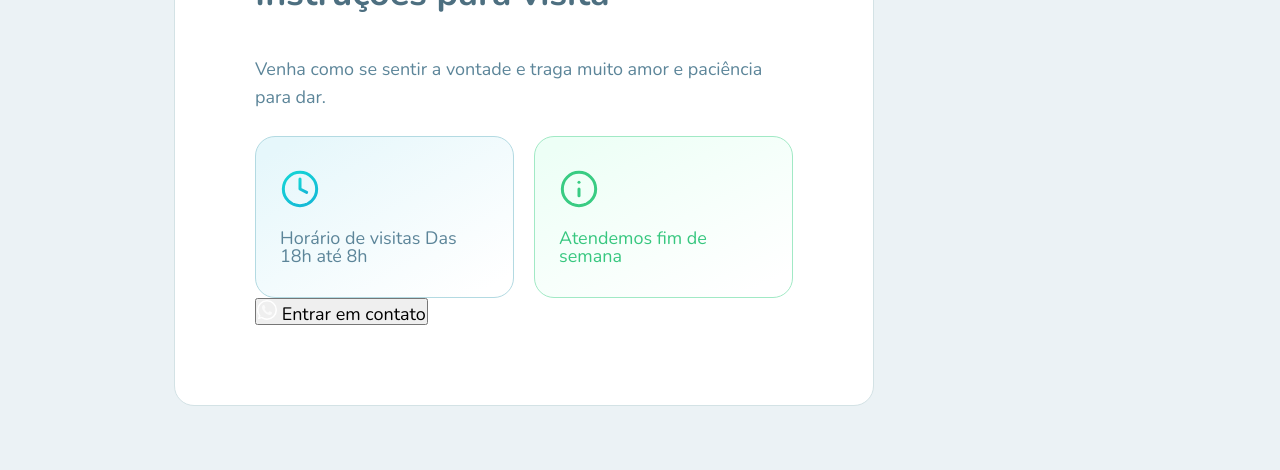
Repository: TeoNogueira/nlw3-rocketseatproject
Page: orphanage.html
These files come from the project's save history. The page is drawn as it stood at one moment and after the next save; the edit follows.
The browser window is 1280 px wide. The pictures show the part of the page from y = 1322 to 1893 px (the page is 1792 px tall before and 1893 px after).
Some web libraries are served in a nearby version.

Above is the page before, as saved 2020-10-14 14:07:41.

### orphanage.html
<!DOCTYPE html>
<html lang="en">

<head>
  <meta charset="UTF-8" />
  <meta name="viewport" content="width=device-width, initial-scale=1.0" />
  <title>Localize um Orfanato | Happy</title>

  <link rel="stylesheet" href="https://unpkg.com/leaflet@1.7.1/dist/leaflet.css"
  integrity="sha512-xodZBNTC5n17Xt2atTPuE1HxjVMSvLVW9ocqUKLsCC5CXdbqCmblAshOMAS6/keqq/sMZMZ19scR4PsZChSR7A=="
  crossorigin=""/>

  <!-- Make sure you put this AFTER Leaflet's CSS -->
 <script src="https://unpkg.com/leaflet@1.7.1/dist/leaflet.js"
   integrity="sha512-XQoYMqMTK8LvdxXYG3nZ448hOEQiglfqkJs1NOQV44cWnUrBc8PkAOcXy20w0vlaXaVUearIOBhiXZ5V3ynxwA=="
   crossorigin=""></script>


  <link rel="icon" href="/images/logo-icon.png" />
  <link rel="stylesheet" href="/css/main.css" />
  <link rel="stylesheet" href="/css/animations.css" />
  <link rel="stylesheet" href="/css/sidebar.css" />
  <link rel="stylesheet" href="/css/map.css" />
  <link rel="stylesheet" href="/css/page-orphanage.css" />
  <link href="https://fonts.googleapis.com/css2?family=Nunito:wght@400;600;700;800&display=swap" rel="stylesheet">

</head>

<body id="body">
  <div id="page-orphanage" class=""> <!--ORPHANAGE COMEÇO-->
    <aside class="animate-right sidebar">
      <img src="/images/map-marker.svg" alt="Happy" class="">


      <footer>

        <button onclick="history.back()">

          <img src="/images/arrow-back.svg" alt="Voltar" class="">
        </button>
      </footer>

    </aside>

    <main class="animate-appear with-sidebar">


      <div class="orphanage-details">

        <img src="/images/home.jpg" alt="Lar das Meninas" class="">

        <div class="images">

      <button onclick="selectImage(event)" type="button">

        <img src="https://source.unsplash.com/random?id=1" alt="Lar das Meninas" class="">

      </button>

      <button onclick="selectImage(event)" type="button">

        <img src="https://source.unsplash.com/random?id=2" alt="Lar das Meninas" class="">

      </button>

      <button onclick="selectImage(event)" type="button">

        <img src="https://source.unsplash.com/random?id=3" alt="Lar das Meninas" class="">

      </button>

      <button onclick="selectImage(event)" type="button">

        <img src="https://source.unsplash.com/random?id=4" alt="Lar das Meninas" class="">

      </button>

      <button onclick="selectImage(event)" type="button">

        <img src="https://source.unsplash.com/random?id=5" alt="Lar das Meninas" class="">

      </button>

      <button onclick="selectImage(event)" type="button">

        <img src="https://source.unsplash.com/random?id=6" alt="Lar das Meninas" class="">

      </button>

        </div><!-- Fim de images-->

        <div class="orphanage-details-content">

          <h1 class="">Lar das meninas</h1>

          <p class="">Presta assistência a crianças de 06 a 15 anos que se encontre em situação de risco e/ou
            vulnerabilidade social.

          </p>
          <div class="map-container">


            <div id="mapid"></div>
            <footer class="">
              <a href="" class="">Ver rotas no Google Maps</a>


            </footer>


          </div><!-- FIm MAP CONTAINER-->

             <hr/>
             <h2>Instruções para visita</h2>
             <p class="">Venha como se sentir a vontade e traga muito amor e paciência para dar.</p>

           <div class="open-details">

            <div class="hour">
              <img src="/images/clock.svg" alt="Horários" class="">
                 Horário de visitas Das 18h até 8h
            </div>

            <div class="open-on-weekends">
              <img src="/images/info.svg" alt="Informações" class="">
              Atendemos
              fim de semana

            </div> <!-- FIm do open on weekends-->



           </div><!-- FIm do Open details-->


           <button class="primary-button" type="button">

                     <img src="/images/whatsapp.svg" alt="Chamar no Whatsapp">
             Entrar em contato

           </button>




        </div><!-- FIm do ORPHANAGE DETAILS CONTENT-->


      </div><!-- FIm do ORPHANAGE DETAILS-->

    </main>





  </div><!--ORPHANAGE FIM-->


<script src="/scripts/page-orphanage.js"></script>


</body>

</html>

<!-- Hello World Hypertext >> são textos que contém links


    markup = marcações de tags
    -->

### public/css/main.css
* {
  margin: 0;
  padding: 0;
  box-sizing: border-box;
}

:root {
  font-size: 62.5%;
}
/* através do "ROOTEM" ou "rem" posso criar um root de tamanhos de pixels pre-configurados por mim mesmo*/

body {
  height: 100vh;
  color: white;
  background: #ebf2f5;
}

body,
button,
input,
textarea {
  /*
    font-size: 1.1em;
    font-family: 'Nunito', sans-serif;
    line-height: 1;
    font-weight: 400;*/
  font: 400 1.8rem/1 "Nunito", sans-serif;
}

### public/css/animations.css
/* Animações  ----*/

@keyframes up {
  from {
    opacity: 0;
    transform: translateY(16px);
  }

  to {
    opacity: 1;
    transform: translateX(0);
  }
}

@keyframes right {

from { transform: translateX(-100%);


}

to {

           transform: translateX(0);

}


}


@keyframes appear { from { opacity:0;




}

to { opacity:1;


}

}







.animate-up {
  animation-name: up;
  animation-duration: 300ms;
  animation-fill-mode: backwards;
}

.animate-right {


  animation-name: right;
  animation-duration: 300ms;
}



.animate-appear { animation-name: appear;

animation-duration: 300ms;
animation-fill-mode: backwards;
}
/* Animações FIM ----*/

### public/css/sidebar.css

aside.sidebar {

    position: fixed;
    height: 100%;
    padding: 3.2rem 2.4rem; /* 32 px e 24 px*/
    background: #15c3d6;

    display: flex;
    flex-direction: column;
    justify-content: space-between;
    align-items: center;
    }


    aside.sidebar footer button {

    width: 4.8rem;
    height: 4.8rem;
    border: none;
    background: #12afcb;
    border-radius: 16px;
    cursor: pointer;

    display: flex;
    align-items: center;
    justify-content: center;

    transition: background-color 0.2s;

    }

    aside.sidebar footer button:hover { background: #17d6eb;}




    .with-sidebar { padding-left: 110px;}

### public/css/map.css
/* mapa container */


.map-container { margin-top: 6.4rem;

    background: #e6f7fb;

    border: 1px solid #b3dae2;

    border-radius: 2rem;


}

#mapid {
    width: 100%;
    height: 28rem;



}

.map-container footer { padding: 2rem;
    text-align: center;

}


.map-container footer a {

color: #0089a5;
text-decoration: none;

}


.map-container .leaflet-container {

border-bottom: 1px solid #dde3f0;

border-radius: 2rem;



}

### public/css/page-orphanage.css
#page-orphanage {

    display:flex;
    min-height: 100vh;

}




main { flex: 1;

}


/* ORPHANAGE DETAILS */

.orphanage-details {

width: 70rem;
margin: 6.4rem;
background: white;
border: 1px solid #d3e2e5;

border-radius: 2rem;
overflow: hidden;

}


.orphanage-details > img { width: 100%;
    height: 30rem;
object-fit: cover;


}

.images {

    display: grid;
     grid-template-columns: repeat(6, 1fr);
     column-gap: 1.6rem;
     margin: 16px 40px 0;

}

.images button { border: 0;
background: none;
cursor: pointer;
border-radius: 2rem;
overflow: hidden;
opacity: 0.6;

transition: opacity 200ms;
}

.images button:hover,
.images button.active {

    opacity: 1;

    }


.images button img {

width: 100%;
height: 8.8rem;
object-fit: cover;


}

/*-- .orphanage-details --*/

.orphanage-details-content {

padding: 8rem;


}

.orphanage-details-content h1 {

    text-align: center;
    color: #4d6f80;
    font-size: 5.4rem;
    line-height: 2;
    margin-bottom: 0.8rem;


}

.orphanage-details-content p {

   line-height: 1.6;

   color: #5c8599;
   margin-top: 5.4rem;



}




.orphanage-details-content hr {

width: 100%;
height: 1px;
border: 0;

background: #d3e2e6;

margin: 6.4rem 0;

}

.orphanage-details-content h2 {

    font-size: 3.6rem;
    line-height: 1.5rem;
    color: #4d6f80;



}



.open-details {

margin-top: 2.4rem;
display: grid;

grid-template-columns: 1fr 1fr;

column-gap: 2rem;


}

.open-details div { padding: 3.2rem 2.4rem;



}


.open-details img {


    display:block;

    margin-bottom: 2rem;
}


.open-details .hour {

background: linear-gradient(149.97deg, #e6f7fb 8.13%, #FFFFFF 92.67%);
color: #5c8599;
border: 1px solid #b3dae2;
border-radius: 20px;

}

.open-details .open-on-weekends {

    background: linear-gradient(154.16deg, #EDFFF6 7.85%, #FFFFFF 91.03%);
/* Green Low */
color: #37c77f;
border: 1px solid #A1E9C5;
border-radius: 20px;
}

### public/scripts/page-orphanage.js

const options = {

dragging: false,
touchZoom: false,
doubleClickZoom: false,
scrollWheelZoom: false,
zoomControl: false



}







//Create Map
var map = L.map('mapid', options).setView([-27.2122361,-49.6392672], 15)



//Create tileLayer

L.tileLayer('https://{s}.tile.openstreetmap.org/{z}/{x}/{y}.png'
).addTo(map);





// Create Icon

const icon = L.icon ( {

    iconUrl: "/images/map-marker.svg",

    iconSize: [58, 68],
    iconAnchor: [29, 68],
    popupAnchor: [170, 2]

})





// Create and add marker


 L

.marker([-27.2122361,-49.6392672], { icon: icon})
.addTo(map)



// image galery



function selectImage(event) {


const button = event.currentTarget


// remover todas as classes .active

const buttons = document.querySelectorAll(".images button")
buttons.forEach(removeActiveClass)

function removeActiveClass (button) {


    button.classList.remove("active")
}

// selecionar a imagem clicada

const image = button.children[0]

const imageContainer = document.querySelector(".orphanage-details > img")


// atualizar o container da image

imageContainer.src = image.src


//adicionar a classe de volta .active

button.classList.add('active')
}

### public/css/buttons.css

.primary-button {

    margin-top: 6.4rem;
   height: 6.4rem;
   width: 100%;
   border: 0;

   cursor: pointer;
   background: #3cdc8c;

   border-radius: 3rem;
   color: white;
   display: flex;
   align-items: center;
   justify-content: center;

   transition: background-color .2s;


}

.primary-button:hover { background: #36cf82;



}

.primary-button img { margin-right: 1.6rem;}

After the next save:
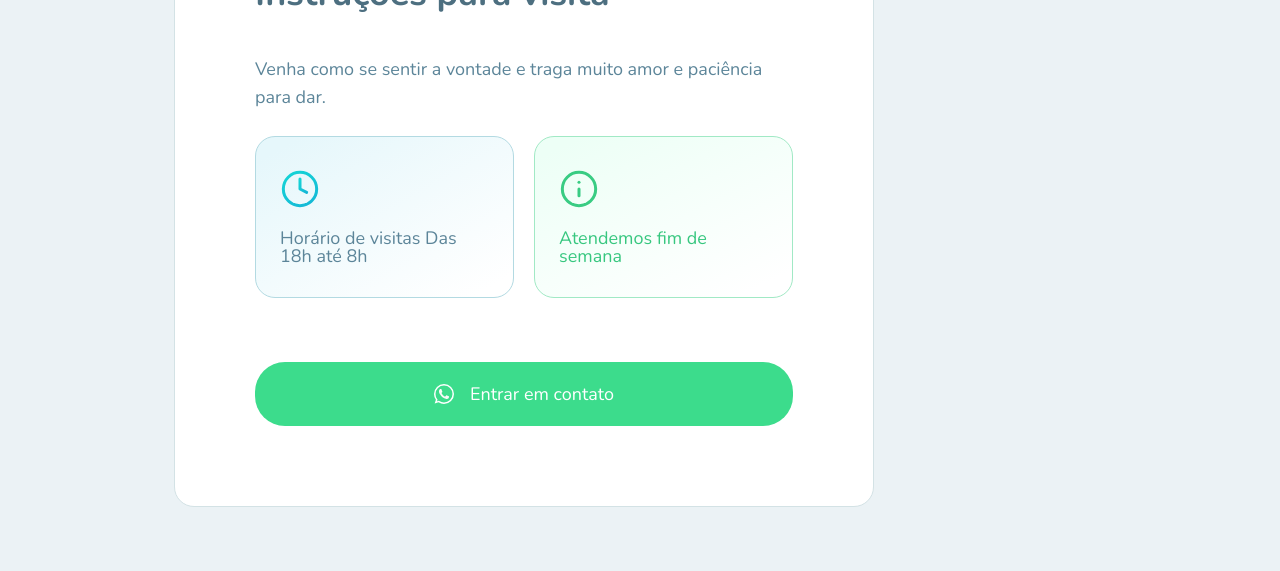
Saved 7 s later.
--- a/orphanage.html
+++ b/orphanage.html
@@ -21,6 +21,7 @@
   <link rel="stylesheet" href="/css/animations.css" />
   <link rel="stylesheet" href="/css/sidebar.css" />
   <link rel="stylesheet" href="/css/map.css" />
+  <link rel="stylesheet" href="/css/buttons.css" />
   <link rel="stylesheet" href="/css/page-orphanage.css" />
   <link href="https://fonts.googleapis.com/css2?family=Nunito:wght@400;600;700;800&display=swap" rel="stylesheet">
 
